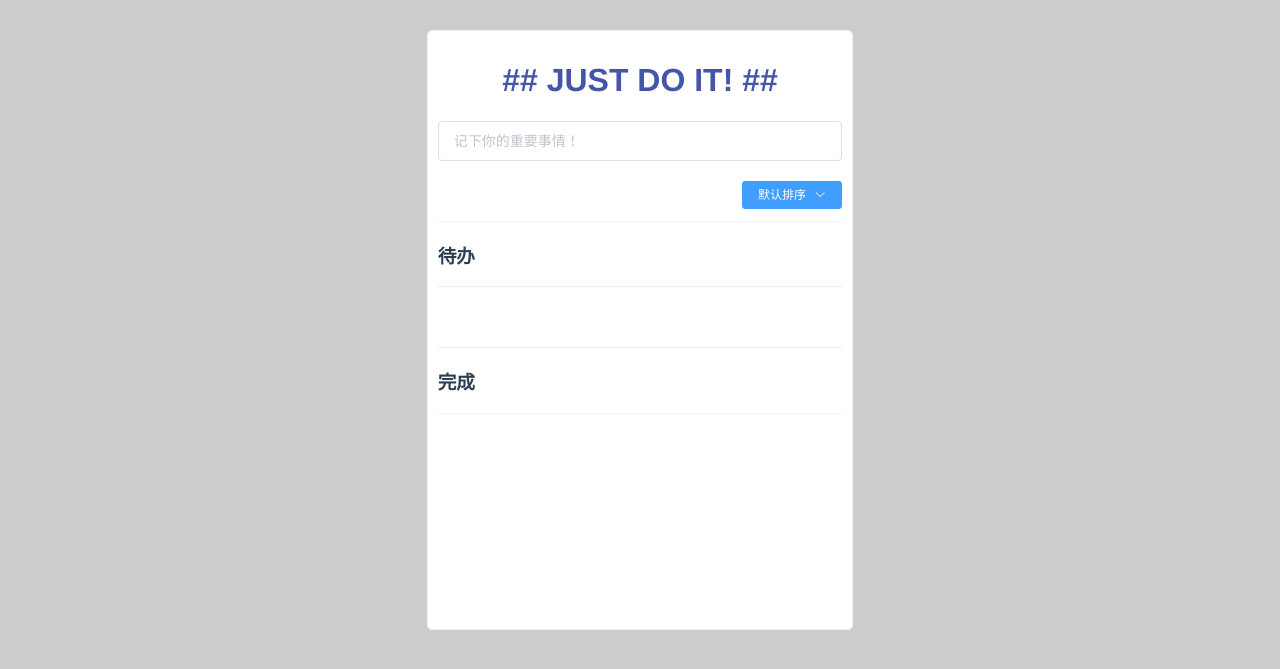
Repository: JonathanLee-LX/ToDo-LX
Page: /
The author's editor kept a copy of each file at every save. The page is drawn from the files as they stood at one save, then again after the next save.
The browser window is 1280 px wide. The pictures show the whole page.
The project was rebuilt for these pictures with package versions that can differ from the ones it lists, and the page was loaded fresh each time.

Above is the page before, as saved 2018-06-30 18:59:37.

### index.html
<!DOCTYPE html>
<html>

<head>
  <meta charset="utf-8">
  <meta name="viewport" content="width=device-width,initial-scale=1.0">
  <title>todo-lx</title>
  <style type="text/css">
    html,
    body {
      width: 100%;
      height: 100%;
      margin: 0;
      padding: 0;
    }

  </style>
</head>

<body>
  <div id="app"></div>
  <!-- built files will be auto injected -->
</body>

</html>

### src/main.js
// The Vue build version to load with the `import` command
// (runtime-only or standalone) has been set in webpack.base.conf with an alias.
import Vue from 'vue'
import App from './App.vue'
import router from './router'
import ElementUI from 'element-ui'
import 'element-ui/lib/theme-chalk/index.css'

Vue.config.productionTip = false
Vue.use(ElementUI)

/* eslint-disable no-new */
new Vue({
  el: '#app',
  router,
  components: {
    App
  },
  template: '<App/>'
})

### src/App.vue
<template>
  <div id="app">
    <router-view/>
  </div>
</template>

<script>
export default {
  name: 'App'
}
</script>

<style>
#app {
    font-family: 'Avenir', Helvetica, Arial, sans-serif;
    -webkit-font-smoothing: antialiased;
    -moz-osx-font-smoothing: grayscale;
    text-align: center;
    color: #2c3e50;
    /* margin-top: 60px; */
    background-color: #ccc;
    width: 100%;
    min-height: 100%;
}
</style>

### src/router/index.js
import Vue from 'vue'
import Router from 'vue-router'
import ToDoList from '@/components/Todo'

Vue.use(Router)

export default new Router({
  routes: [{
    path: '/',
    name: 'ToDoList',
    component: ToDoList
  }]
})

### src/components/Todo.vue
<template>
  <div id="todo-app">
    <el-row>
      <el-col :offset="8" :span="8" class="main-container">
        <div class="main">
          <app-title></app-title>
          <InputArea
            @add-todo="addTodo"
          ></InputArea>
          <Sort></Sort>
          <TodoList
            :todoList="todoList"
            @has-done="hasDone"
          ></TodoList>
          <DoneList
            :doneList="doneList"
            @undo="undo"
          ></DoneList>
        </div>
      </el-col>
    </el-row>
  </div>
</template>
<script lang="js">
  import AppTitle from './app-title.vue'
  import InputArea from './Input-Area.vue'
  import TodoList from './Todo-List.vue'
  import DoneList from './Done-List.vue'
  import Sort from './Sort.vue'

  export default {
    components: {
      AppTitle,
      InputArea,
      Sort,
      TodoList,
      DoneList
    },
    data() {
      return {
        todo: '',
        todoList: [],
        doneList: []
      }
    },
    methods: {
      addTodo (todo) {
        this.todoList.push(todo)
      },
      hasDone(i, item) {
        let DoneList = this.todoList.splice(i, 1)
        this.addDone(DoneList)
      },
      addDone(DoneList) {
        this.doneList.push(DoneList)
      },
      undo(item) {
        let index = this.doneList.findIndex((item, i) => {
          return item.done === false
        })
        let todo = this.doneList.splice(index, 1)[0]
        this.todoList.push({
          title: todo.title,
          content: todo.content,
          createAt: todo.createAt,
          done: todo.done
        })
      }
    },
    created() {
    },
    beforeDestroy() {
    }
  }
</script>

<style>
  .main-container {
    background-color: #fff !important;
    min-height: 600px;
    border: 1px solid #eee;
    box-shadow: 1px 1px 1px #ccc;
    border-radius: 5px;
    margin-top: 30px;
  }

  .main {
    padding: 10px 10px;
  }

  .input-area {
    margin-bottom: 20px;
  }

  .el-col {
    background-color: #eee;
  }

  .el-collapse {
    margin-top: 60px;
  }

  .pull-right {
    float: right;
  }

  .pull-left {
    float: left;
  }

  .time {
    color: #aaa;
    font-size: 0.7em;
    display: inline-block;
    margin-right: 5px;
  }
</style>

### src/components/app-title.vue
<template>
  <h1
    class = "app-title"
  >## JUST DO IT! ##</h1>
</template>
<script>
  export default {
    name: 'app-title'
  }
</script>
<style>
  .app-title {
    color: #45a
  }
</style>

### src/components/Input-Area.vue
<template>
    <div class="input-area">
        <el-input v-model="todo" @keydown.enter.native="addTodo" type="text" placeholder="记下你的重要事情！"></el-input>
    </div>
</template>
<script>
    export default {
        components: {},
        data() {
            return {
                todo: ''
            }
        },
        methods: {
            addTodo() {
                this.$emit('add-todo', {
                    title: this.todo
                })
                this.reset()
            },
            reset() {
                this.todo = ''
            }
        }
    }

</script>
<style>
</style>

### src/components/Todo-List.vue
<template>
  <el-collapse>
    <h3 style="text-align: left;">待办</h3>
    <div v-if="todoList.length">
      <el-collapse-item
        v-for="item in todoList"
        :title="item.title"
        :key="item.createAt"
        style="text-align: left;"
      >
        <template slot="title">
          <el-checkbox
            v-model="item.done"
            @change="getDone(item)"
            class="pull-left"
            style="margin-right: 10px;"
          >
          </el-checkbox>
          {{item.title}}
        </template>
        <div>
          {{item.content}}
        </div>
      </el-collapse-item>
    </div>
  </el-collapse>
</template>
<script>
  export default {
    name: 'TodoList',
    data() {
      return {
      }
    },
    props: {
      todoList: {
        type: Array,
        default: []
      }
    },
    methods: {
      getDone (done) {
        let i = this.todoList.findIndex(todo => todo === done)
        this.$emit('get-done', i, done)
      }
    }
  }
</script>
<style>
</style>

### src/components/Done-List.vue
<template>
  <el-collapse>
    <h3 style="text-align: left;">完成</h3>
    <div v-if="doneList.length">
      <el-collapse-item
        v-for="item in doneList"
        :title="item.content"
        :key="item.createAt"
        style="text-align: left;"
      >
        <template slot="title">
          <el-checkbox
            v-model="item.done"
            @change="undo(item)"
            class="pull-left"
            style="margin-right: 10px;"
          ></el-checkbox>
          <s>{{item.title}}</s>
          <span
            class="time"
            style="float: right;"
          >
            {{new Date(item.createAt).toLocaleTimeString()}}
          </span>
        </template>
        <el-input
          v-model="item.content"
          :rows="3"
          type="textarea"
          size="small"
          placeholder="描述"
        ></el-input>
      </el-collapse-item>
    </div>
  </el-collapse>
</template>
<script>
  export default {
    name: 'DoneList',
    data () {
      return {}
    },
    props: {
      doneList: {
        type: Array,
        default: []
      }
    },
    undo (todo) {
      let i = this.doneList.findIndex(
        done => todo === done
      )
      this.$emit('undo', i, done)
    }
  }
</script>
<style>
</style>

### src/components/Sort.vue
<template>
    <div class="tool-bar">
        <el-dropdown class="pull-right">
        <el-button type="primary" size="mini">
            默认排序
            <i class="el-icon-arrow-down el-icon--right"></i>
        </el-button>
        <el-dropdown-menu slot="dropdown">
            <el-dropdown-item>创建时间从早到晚</el-dropdown-item>
            <el-dropdown-item>创建时间从晚到早</el-dropdown-item>
            <el-dropdown-item>到期时间从早到晚</el-dropdown-item>
            <el-dropdown-item>到期时间从晚到早</el-dropdown-item>
            <el-dropdown-item>重要性从高到低</el-dropdown-item>
            <el-dropdown-item>重要性从低到高</el-dropdown-item>
        </el-dropdown-menu>
        </el-dropdown>
    </div>
</template>
<script>
export default {
  name: 'Sort',
  components: {},
  data () {
    return {}
  }
}
</script>
<style>
</style>

After the next save:
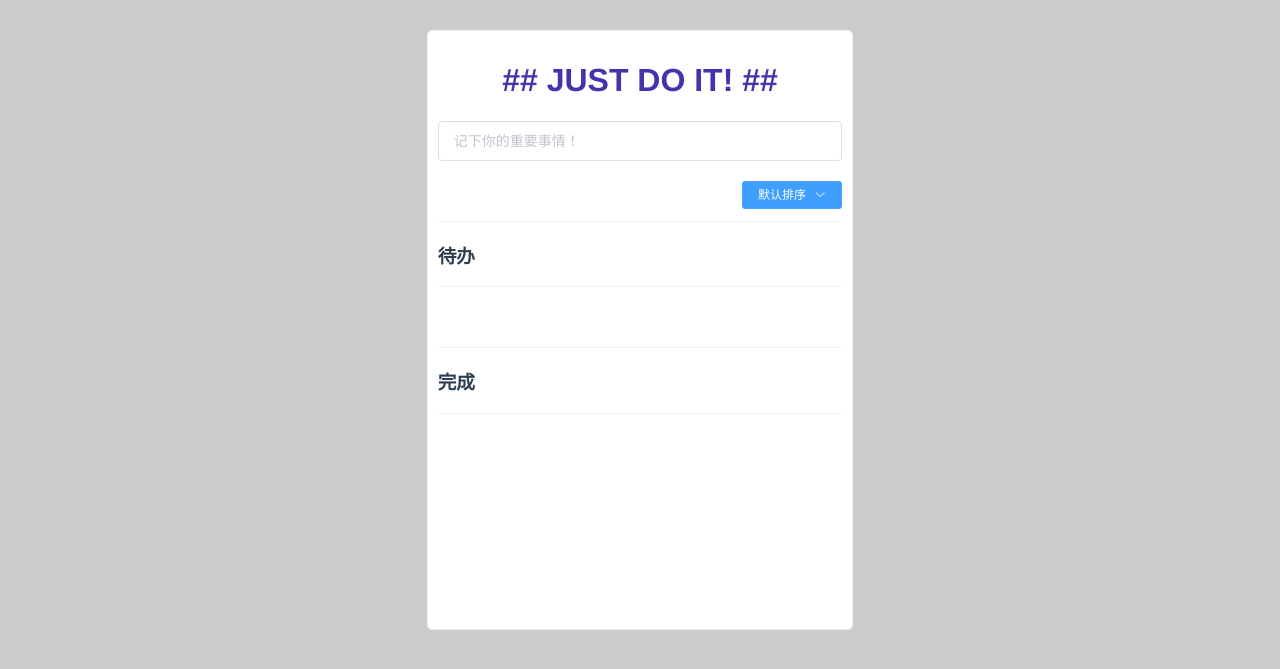
Saved 11 s later.
--- a/src/components/app-title.vue
+++ b/src/components/app-title.vue
@@ -10,6 +10,6 @@
 </script>
 <style>
   .app-title {
-    color: #45a
+    color: #43a
   }
 </style>
